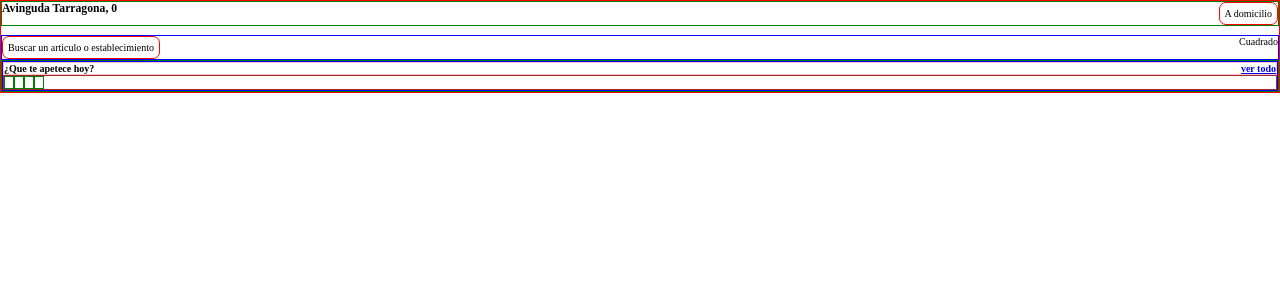
Repository: Srpinedaa/justEat
Page: index.html
These files come from the project's save history. The page is drawn as it stood at one moment and after the next save; the edit follows.
The browser window is 1280 px wide. The pictures show the whole page.

Above is the page before, as saved 2024-09-26 15:46:20.

### index.html
<!DOCTYPE html>
<html lang="en">

<head>
    <meta charset="UTF-8">
    <meta name="viewport" content="width=, initial-scale=1.0">
    <title>Just Eat</title>
    <link rel="stylesheet" href="css/estilos.css">
</head>

<body>
    <div id="all">
        <header>
            <div id="navDireccion">
                <h3 class = "direccion">Avinguda Tarragona, 0</h3>
                <div class= "formaPedido">A domicilio</div>
            </div>

            <div id="navBuscador">
                <div class="buscador">Buscar un articulo o establecimiento</div>
                <div class = "opciones">Cuadrado</div>
            </div>
        </header>
        <main>
            <div id = "contenido">
                <div id="bloque1">
                    <section class="bloque1Sesion1">
                        <h4>¿Que te apetece hoy?</h4>
                        <h4><a href="#">ver todo</a></h4>
                    </section>
                    <section class="bloque1Sesion2">
                        <div class="fotoComida"> <img src="" alt=""></div>
                        <div class="fotoComida"> <img src="" alt=""></div>
                        <div class="fotoComida"> <img src="" alt=""></div>
                        <div class="fotoComida"> <img src="" alt=""></div>
                    </section>
                </div>
                <div id="bloque2">
                    <section></section>
                </div>
                <div id="bloque3">
                    <section class="pedidos">

                    </section>
                </div>
            </div>
        </main>
        <footer></footer>
    </div>
</body>

</html>

### css/estilos.css
*{
    margin: 0;
    padding: 0;
    box-sizing: border-box;
}

html{
    font-size: 62.5%;
}

#all{
    border: 1px solid red;
}

#navDireccion{
    border: 1px solid green;
    display: flex;
    justify-content: space-between;
    margin-bottom: 9px;
}

.formaPedido{
    border: 1px solid red;
    border-radius: 7px;
    padding: 5px;
}

#navBuscador{
    border: 1px solid blue;
    display: flex;
    justify-content: space-between;
}

.buscador{
    border: 1px solid red;
    border-radius: 7px;
    padding: 5px;
}

#contenido{
    border: 1px solid green;
}

#bloque1{
    border: 1px solid blue;
    display: flex;
    flex-direction: column;
}

.bloque1Sesion1{
    border: 1px solid pink;
    display: flex;
    justify-content: space-between;
}

.bloque1Sesion2{
    border: 1px solid brown;
    display: flex;
    flex-direction: row;
}

.fotoComida{
    border: 1px solid green;
    width: 1rem;

}

After the next save:
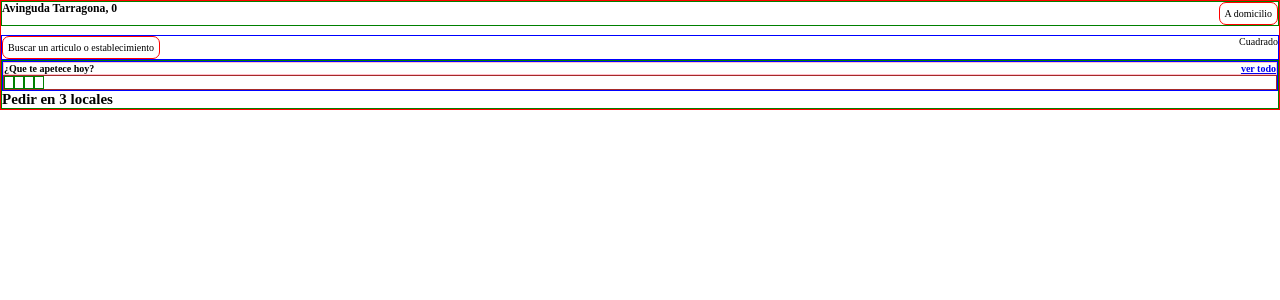
Saved 37 s later.
--- a/index.html
+++ b/index.html
@@ -40,7 +40,7 @@
                 </div>
                 <div id="bloque3">
                     <section class="pedidos">
-
+                        <h2>Pedir en 3 locales</h2>
                     </section>
                 </div>
             </div>
